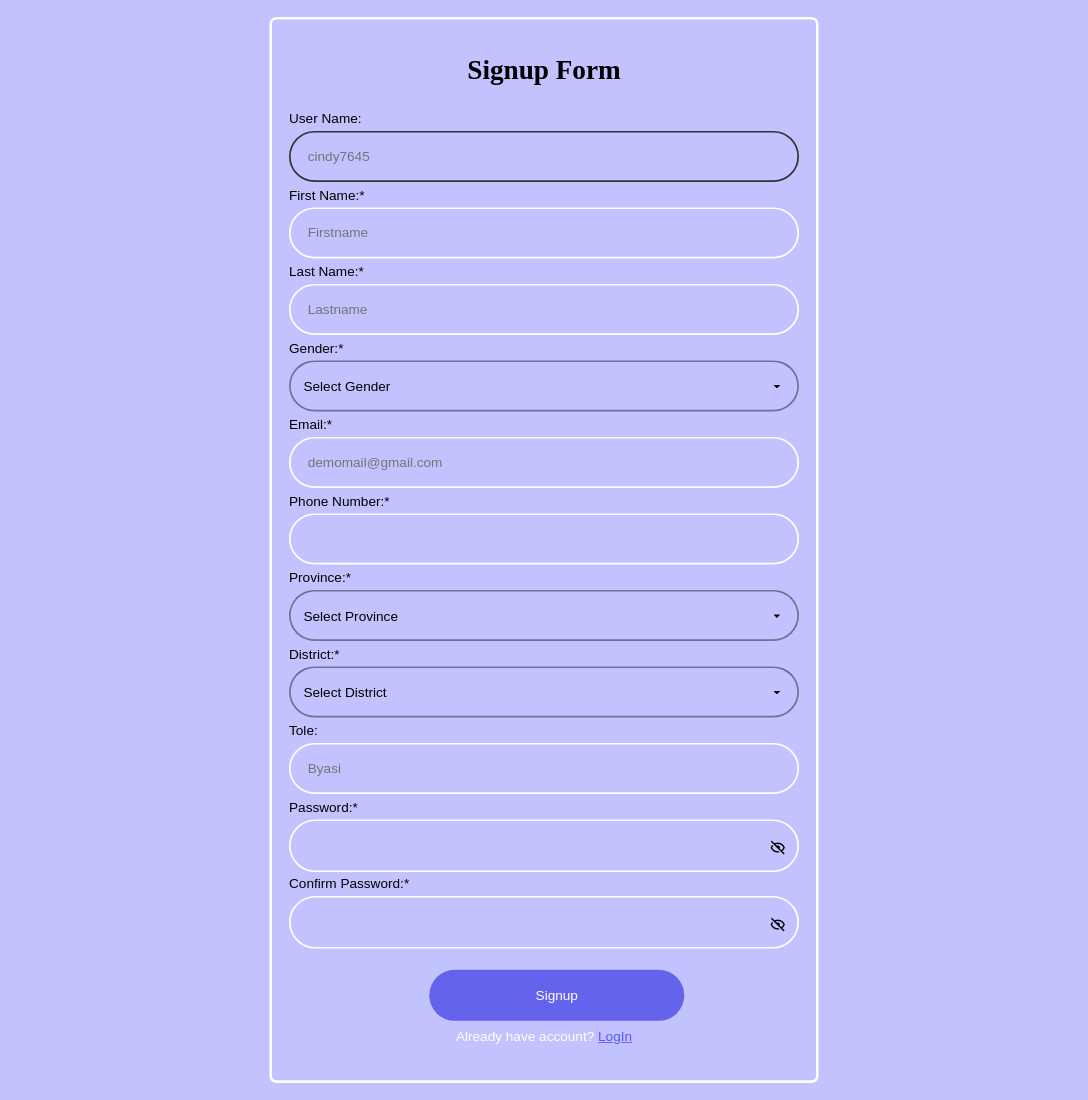
Repository: cindrellakoju/Animestore
Page: html css/signup.html
The author's editor kept a copy of each file at every save. The page is drawn from the files as they stood at one save, then again after the next save.
The browser window is 1280 px wide. The pictures show the whole page, at 85% of full size.
The pointer rests on the first visible `.signupform input`.

Above is the page before, as saved 2024-04-07 01:38:12.

### html css/signup.html
<!DOCTYPE html>
<html lang="en">
<head>
  <meta charset="UTF-8">
  <meta name="viewport" content="width=device-width, initial-scale=1.0">
  <title>Signup Page</title>
  <link href='https://unpkg.com/boxicons@2.1.4/css/boxicons.min.css' rel='stylesheet'>
  <link rel="stylesheet" href="signup.css">
</head>
<body>
  <div class="container">
    <h1>Signup Form</h1>
    <form>
      <div class="signupform">
        <label for="username">User Name:</label>
        <input type="text" id="username" name="username" placeholder="cindy7645">
      </div>
      <div class="signupform">
        <label for="firstname">First Name:<span class="required">*</span></label>
        <input type="text" id="firstname" name="firstname" placeholder="Firstname">
      </div>
      <div class="signupform">
        <label for="lastname">Last Name:<span class="required">*</span></label>
        <input type="text" id="lastname" name="lastname" placeholder="Lastname" required>
      </div>
      <div class="signupform">
        <label for="gender">Gender:<span class="required">*</span></label>
        <div class="custom-select">
            <select id="gender" name="gender" required>
                <option value="">Select Gender</option>
                <option value="male">Male</option>
                <option value="female">Female</option>
                <option value="other">Other</option>
            </select>
        </div>
    </div>

      <div class="signupform">
        <label for="email">Email:<span class="required">*</span></label>
        <input type="email" id="email" name="email" placeholder="demomail@gmail.com" required>
      </div>
      <div class="signupform">
        <label for="phone">Phone Number:<span class="required">*</span></label>
        <input type="text" id="phone" name="phone" required>
      </div>
      <div class="signupform">
        <label for="province">Province:<span class="required">*</span></label>
        <div class="custom-select">
          <select id="province" name="province" onchange="populateDistricts()" required>
            <option value="">Select Province</option>
            <option value="1">Province 1</option>
            <option value="2">Province 2</option>
            <option value="3">Bagmati Province</option>
            <option value="4">Gandaki Province</option>
            <option value="5">Lumbini Province</option>
            <option value="6">Karnali Province</option>
            <option value="7">Sudurpashchim Province</option>
          </select>
        </div>
      </div>
      <div class="signupform">
        <label for="district">District:<span class="required">*</span></label>
        <div class="custom-select">
            <select id="district" name="district" required>
                <option value="">Select District</option>
            </select>
        </div>
      </div>

      <div class="signupform">
        <label for="tole">Tole:</label>
        <input type="text" id="tole" name="tole" placeholder="Byasi" required>
      </div>
      <div class="signupform">
        <label for="password">Password:<span class="required">*</span></label>
        <div class="password-input-container">
            <input type="password" spellcheck="false" id="password" name="password" required>
            <i class='bx bx-hide toggle' id="passwordToggle"></i>
        </div>
    </div>

    <div class="signupform">
        <label for="confirmpassword">Confirm Password:<span class="required">*</span></label>
        <div class="password-input-container">
            <input type="password" spellcheck="false" id="confirmpassword" name="confirmpassword" required>
            <i class='bx bx-hide toggle' id="confirmPasswordToggle"></i>
        </div>
    </div>

      <div class="signupform">
        <button type="submit">Signup</button>
      </div>
    <h4>Already have account?  <a href="login.html">LogIn</a></h4>
    </form>
  </div>
  <script>
    function populateDistricts() {
      var provinceSelect = document.getElementById("province");
      var districtSelect = document.getElementById("district");

      // Clear existing options
      districtSelect.innerHTML = "";

      // Add default option
      var defaultOption = document.createElement("option");
      defaultOption.text = "Select District";
      districtSelect.add(defaultOption);

      // Get selected province
      var selectedProvince = provinceSelect.value;

      // Add districts based on selected province
      switch (selectedProvince) {
        case "1":
          addDistrict("Bhojpur");
          addDistrict("Dhankuta");
          addDistrict("Ilam");
          addDistrict("Jhapa");
          addDistrict("Khotang");
          break;
        case "2":
          addDistrict("Saptari");
          addDistrict("Siraha");
          addDistrict("Dhanusha");
          addDistrict("Mahottari");
          addDistrict("Sarlahi");
          break;
        case "3":
          addDistrict("Kathmandu");
          addDistrict("Lalitpur");
          addDistrict("Bhaktapur");
          addDistrict("Kavrepalanchok");
          addDistrict("Nuwakot");
          break;
        case "4":
          addDistrict("Gorkha");
          addDistrict("Lamjung");
          addDistrict("Tanahun");
          addDistrict("Manang");
          addDistrict("Mustang");
          break;
        case "5":
          addDistrict("Rupandehi");
          addDistrict("Kapilvastu");
          addDistrict("Nawalparasi");
          addDistrict("Arghakhanchi");
          addDistrict("Gulmi");
          break;
        case "6":
          addDistrict("Jumla");
          addDistrict("Kalikot");
          addDistrict("Surkhet");
          addDistrict("Dailekh");
          addDistrict("Jajarkot");
          break;
        case "7":
          addDistrict("Kailali");
          addDistrict("Kanchanpur");
          addDistrict("Dadeldhura");
          addDistrict("Darchula");
          addDistrict("Baitadi");
          break;
        default:
          break;
      }
    }

    function addDistrict(districtName) {
      var districtSelect = document.getElementById("district");
      var option = document.createElement("option");
      option.text = districtName;
      districtSelect.add(option);
    }

    document.addEventListener("DOMContentLoaded", function() {
    const passwordToggle = document.getElementById("passwordToggle");
    const confirmPasswordToggle = document.getElementById("confirmPasswordToggle");
    const passwordInput = document.getElementById("password");
    const confirmPasswordInput = document.getElementById("confirmpassword");

    passwordToggle.addEventListener("click", () => {
        if (passwordInput.type === "password") {
            passwordInput.type = "text";
            passwordToggle.classList.replace("bx-hide", "bx-show");
        } else {
            passwordInput.type = "password";
            passwordToggle.classList.replace("bx-show", "bx-hide");
        }
    });

    confirmPasswordToggle.addEventListener("click", () => {
        if (confirmPasswordInput.type === "password") {
            confirmPasswordInput.type = "text";
            confirmPasswordToggle.classList.replace("bx-hide", "bx-show");
        } else {
            confirmPasswordInput.type = "password";
            confirmPasswordToggle.classList.replace("bx-show", "bx-hide");
        }
      });
    });


  </script>
</body>
</html>

### html css/signup.css
/* General Styles */
body {
    font-family: Arial, sans-serif;
    margin: 0;
    padding: 20px;
    /* background-color: #f4f4f4; */
    min-height: 100vh;
    background-color: rgb(194, 194, 255);
  }

  .container {
    max-width: 600px;
    margin: 0 auto;
    /* background: #fff; */
    padding: 20px;
    border-radius: 8px;
    /* box-shadow: 0 2px 5px rgba(0, 0, 0, 0.1); */
    border: 3px solid white ;
  }

  h1 {
    font-size: 36;
    text-align: center;
    font-family: 'Times New Roman', Times, serif;
  }

  .signupform {
  position: relative;
  width: 100%;
  height: 60px;
  margin: 30px 0;
  justify-content: center;
  }

  label {
    display: block;
    margin-bottom: 5px;
    position: relative;
  }
  .label-text {
      display: inline-block;
  }

  .label-text .required {
  color: red;
  font-weight: bold;
  margin-left: 5px;
  }

  input[type="text"],
  input[type="email"],
  select,
  input[type="password"] {
  width: 100%;
  padding: 20px 45px 20px 20px;
  height: 100%;
  border: none;
  outline: none;
  background: transparent ;
  border: 2px solid white;
  font-size: 16px;
  border-radius: 40px;
  box-sizing: border-box;
  }
  /* Dark border and label color on hover */
  .signupform input:hover,
  .signupform input:focus {
  border-color: #333; /* Dark border color on hover and focus */
  }

  /* Default styling for select box */
  .custom-select {
    position: relative;
    width: 100%;
    height: 100%;
  }

  .custom-select select {
    appearance: none; /* Remove default arrow in Firefox */
    -webkit-appearance: none; /* Remove default arrow in WebKit/Blink */
    -moz-appearance: none; /* Remove default arrow in older Firefox */
    padding: 15px; /* Adjust as needed */
    border: 2px solid rgba(0, 0, 0, 0.422);
    border-radius: 40px;
    background-color: transparent;
    cursor: pointer;
    width: 100%;
    font-size: 16px;
    box-sizing: border-box;
    outline: none; /* Remove focus outline */
    /* Use a custom arrow as background */
    background-image: url('data:[embedded picture, 163 characters]');
    background-repeat: no-repeat;
    background-position: calc(100% - 20px) center; /* Move arrow to the right */
    padding-right: 25px; /* Space for arrow */
  }

  /* Hover effect for custom arrow */
  .custom-select:hover select {
    border-color: #333; /* Change border color on hover */
  }

  /* Additional styles for select box */
  .custom-select select:focus {
    border-color: #333; /* Change border color on focus */
  }

  .custom-select select:disabled {
    opacity: 0.5; /* Dim select box when disabled */
    pointer-events: none;
  }

  .password-input-container {
    position: relative;
  }


  .password-input-container i{
    position: absolute;
    top: 295%;
    right: 5px;
    left: 15px;
    transform: translateY(-50%);
    cursor: pointer;
    font-size: 20px;
    margin-left: 550px;
    margin-top: -150px;
  }

  button[type="submit"] {
    background-color: rgba(55, 55, 228, 0.678);
    color: white;
    width: 50%;
    height: 100%;
    padding: 10px 20px;
    border: none;
    border-radius: 40px;
    cursor: pointer;
    font-size: 16px;
    margin-top: 20px;
    margin-left: 165px;
  }

  button[type="submit"]:hover {
    background-color: rgb(33, 33, 232);
    text-decoration: underline;
  }

  h4{
    color: white;
    font-weight: 500;
    text-align: center;
    margin-top: 20px;
    /* margin-left: 185px; */
  }

  h4 a{
    color: rgb(88, 88, 255);
  }

  h4 a:hover{
    color: rgb(35, 35, 251);
  }
  /* Icon ko milako */
  .icon-box {
    display: flex;
    flex-direction: column;
  }

  /* Tooltip */
  .tooltip {
    position: absolute;
    top: 50%;
    right: calc(100% + 10px);
    transform: translateY(-50%);
    background-color: #333;
    color: white;
    padding: 5px 10px;
    border-radius: 5px;
    opacity: 0;
    transition: opacity 0.3s ease;
    pointer-events: none;
  }

After the next save:
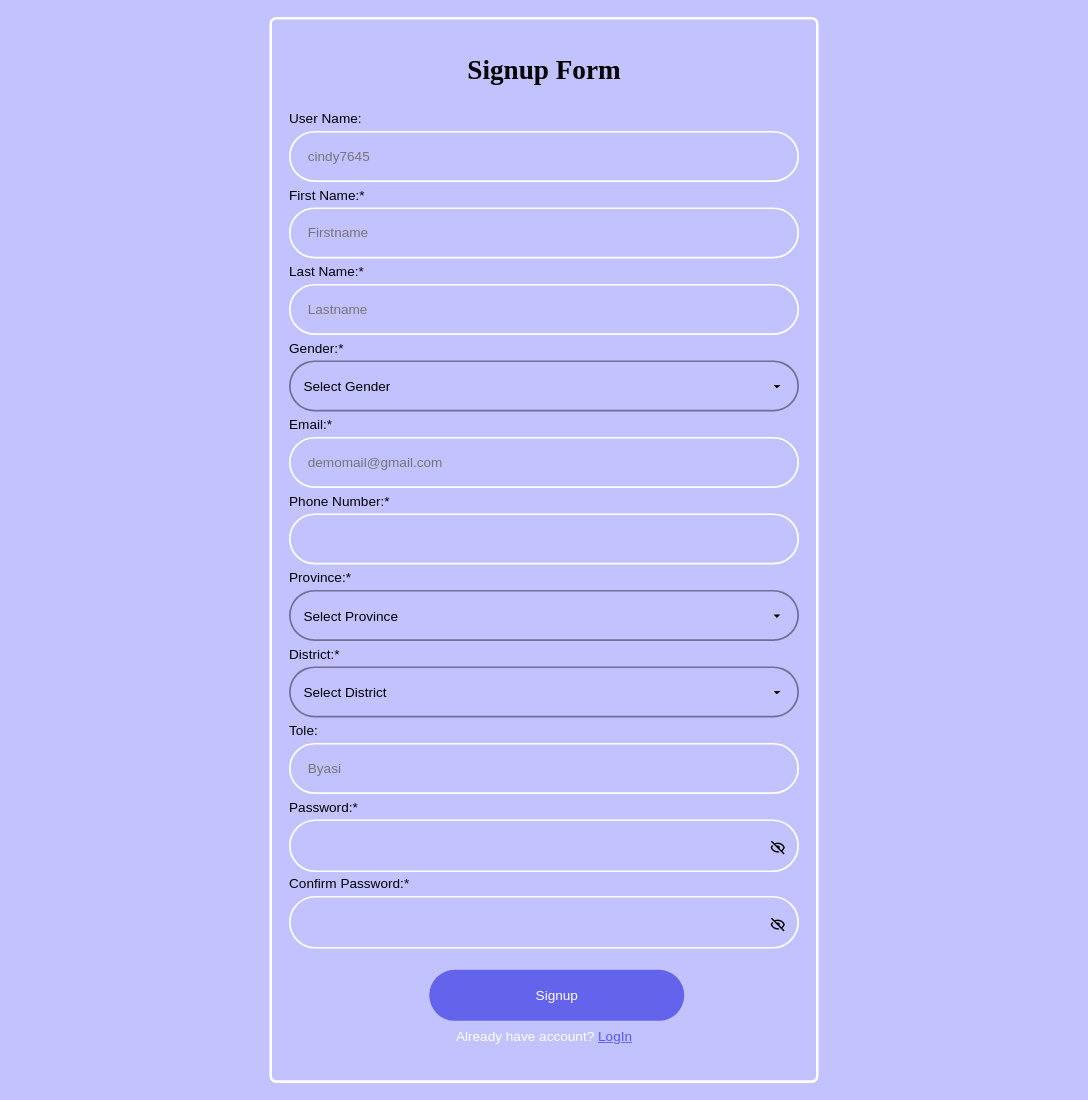
Saved 9 s later.
--- a/html css/signup.css
+++ b/html css/signup.css
@@ -65,7 +65,7 @@
   /* Dark border and label color on hover */
   .signupform input:hover,
   .signupform input:focus {
-  border-color: #333; /* Dark border color on hover and focus */
+  border-color: white; /* Dark border color on hover and focus */
   }
 
   /* Default styling for select box */
